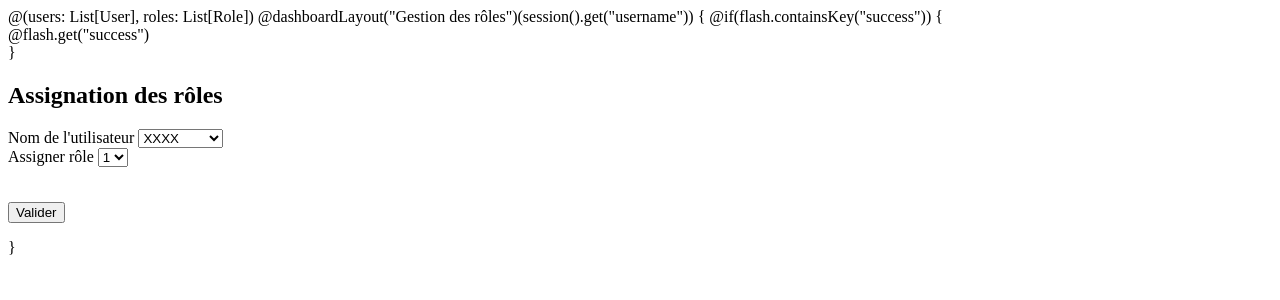
Repository: spirale-software/labo_master
Page: Application/oneDotCom/app/views/manageRole.scala.html
An editor plug-in stored every save of this project. The page is shown before and after the next save, followed by the edit.
The browser window is 1280 px wide. The pictures show the whole page.

Above is the page before, as saved 2017-04-14 21:07:22.

### Application/oneDotCom/app/views/manageRole.scala.html
@(users: List[User], roles: List[Role])

@dashboardLayout("Gestion des rôles")(session().get("username")) {
	<meta content="text/html; charset=UTF-8" http-equiv="Content-Type">

	@if(flash.containsKey("success")) {
		<div class="alert alert-success" role="alert"> @flash.get("success") </div>
	}
	<h2 class="page-header">Assignation des rôles</h2>
	<form class="" name="manageRole">
		<div class="row">
	     <div class="col-lg-3">
	         <div class="form-group">
	             <label>Nom de l'utilisateur</label>
	             <select class="form-control">
	                 <option>XXXX</option>
	                 <option>YYYYYY</option>
	                 <option>SGDUC?L</option>
	             </select>
	         </div>
	     </div>
	     <div class="col-lg-3">
	         <div class="form-group">
	             <label>Assigner rôle</label>
	             <select class="form-control">
	                 <option>1</option>
	                 <option>2</option>
	                 <option>3</option>
	             </select>
	         </div>
	     </div>
	     <div class="col-lg-3" style="margin-top: 35px">
	         <button class="btn btn-primary">Valider</button>
	     </div>

	    </div>
    </form>
}

After the next save:
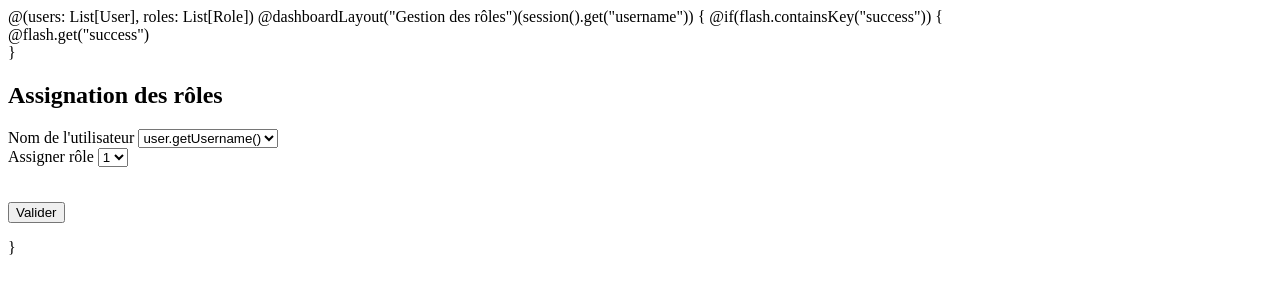
Saved 99 s later.
--- a/Application/oneDotCom/app/views/manageRole.scala.html
+++ b/Application/oneDotCom/app/views/manageRole.scala.html
@@ -13,7 +13,10 @@
 	         <div class="form-group">
 	             <label>Nom de l'utilisateur</label>
 	             <select class="form-control">
-	                 <option>XXXX</option>
+	             	@for(users <- user) {
+	             		<option name="userId">user.getUsername()</option>
+	             	}
+
 	                 <option>YYYYYY</option>
 	                 <option>SGDUC?L</option>
 	             </select>
